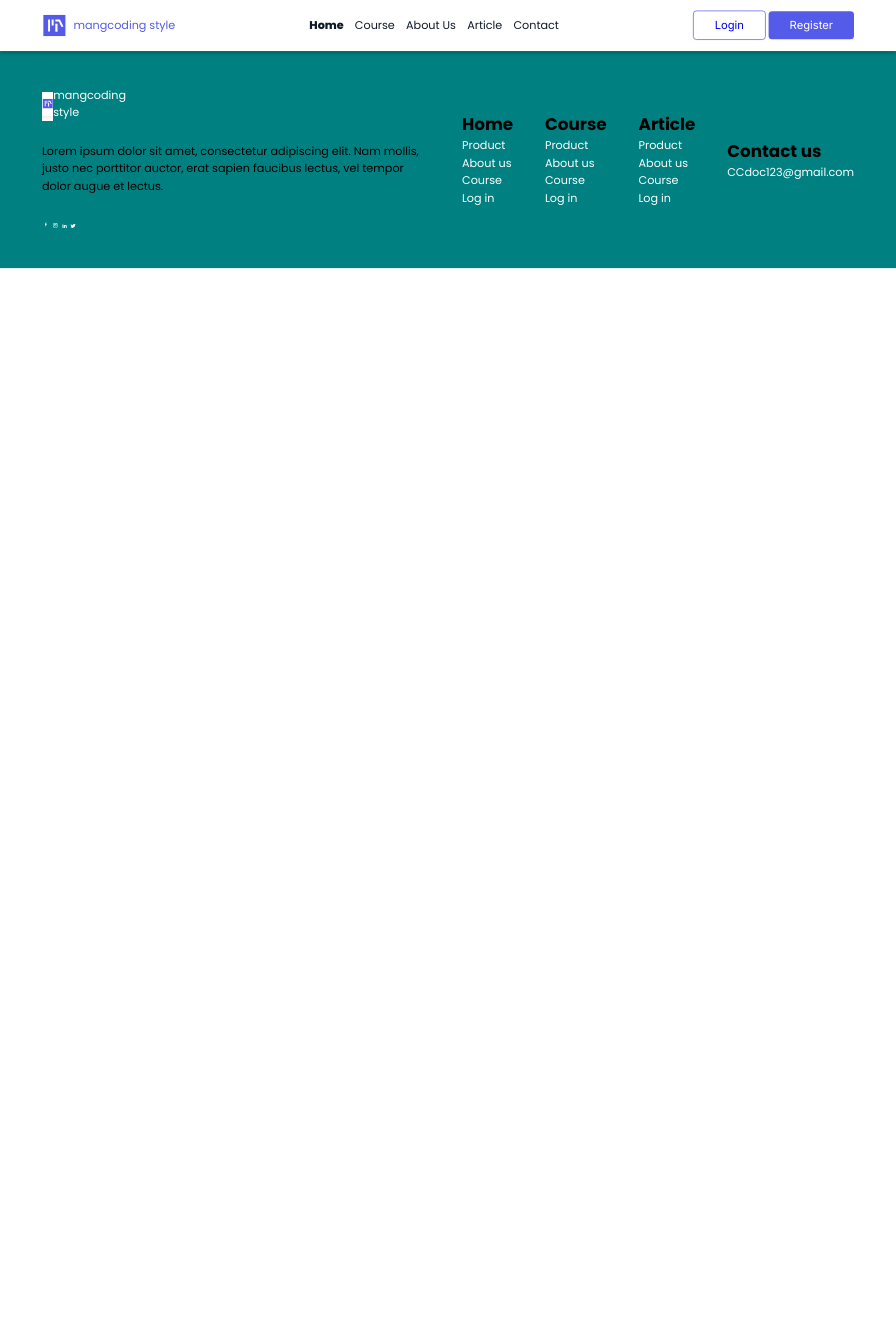
Repository: Dania-Alqam/landing-page
Page: index.html
The author's editor kept a copy of each file at every save. The page is drawn from the files as they stood at one save, then again after the next save.
The browser window is 1280 px wide. The pictures show the part of the page from y = 0 to 1920 px (the page is 5000 px tall), at 70% of full size.

Above is the page before, as saved 2024-06-21 23:52:51.

### index.html
<!DOCTYPE html>
<html lang="en">
  <head>
    <meta charset="UTF-8" />
    <meta name="viewport" content="width=device-width, initial-scale=1.0" />
    <title>Document</title>
    <link rel="stylesheet" href="./assests/css/main.css" />
  </head>
  <body>
    <header class="header">
      <div class="container">
        <div class="row">
          <div class="logo">
            <img src="./assests/images/public/Logo.svg" alt="logo" />
            <a href="#">mangcoding style</a>
          </div>
          <nav class="nav">
            <ul>
              <li>
                <a href="#" class="active">Home</a>
              </li>
              <li>
                <a href="#">Course</a>
              </li>
              <li>
                <a href="#">About Us</a>
              </li>
              <li>
                <a href="#">Article</a>
              </li>
              <li>
                <a href="#">Contact</a>
              </li>
            </ul>
          </nav>
          <div class="auth">
            <a href="#">Login</a>
            <a href="#">Register</a>
          </div>
        </div>
      </div>
    </header>

    <footer class="footer">
      <div class="container">
        <div class="row">
          <div class="footer-start">
            <div class="logo">
              <img src="./assests/images/public/Logo.svg" alt="logo" />
              <a href="#">mangcoding style</a>
            </div>
            <p>
              Lorem ipsum dolor sit amet, consectetur adipiscing elit. Nam
              mollis, justo nec porttitor auctor, erat sapien faucibus lectus,
              vel tempor dolor augue et lectus.
            </p>
            <div class="icons">
              <a href="#"><img src="./assests/images/public/facebok.svg" /></a>
              <a href="#"
                ><img src="./assests/images/public/instagram.svg"
              /></a>
              <a href="#"><img src="./assests/images/public/linkedin.svg" /></a>
              <a href="#"><img src="./assests/images/public/twitter.svg" /></a>
            </div>
          </div>
          <div class="footer-end">
            <div class="row">
              <div class="footer-item">
                <h2>
                    Home
                </h2>
                <ul>
                    <li>
                        <a href="#">Product</a>
                    </li>
                    <li>
                        <a href="#">About us</a>
                    </li>
                    <li>
                        <a href="#">Course</a>
                    </li>
                    <li>
                        <a href="#">Log in</a>
                    </li>
                </ul>
              </div>
              <div class="footer-item">
                <h2>
                    Course
                </h2>
                <ul>
                    <li>
                        <a href="#">Product</a>
                    </li>
                    <li>
                        <a href="#">About us</a>
                    </li>
                    <li>
                        <a href="#">Course</a>
                    </li>
                    <li>
                        <a href="#">Log in</a>
                    </li>
                </ul>
              </div>
              <div class="footer-item">
                <h2>
                    Article
                </h2>
                <ul>
                    <li>
                        <a href="#">Product</a>
                    </li>
                    <li>
                        <a href="#">About us</a>
                    </li>
                    <li>
                        <a href="#">Course</a>
                    </li>
                    <li>
                        <a href="#">Log in</a>
                    </li>
                </ul>
              </div>
              <div class="footer-item">
                <h2>
                    Contact us
                </h2>
                <ul>
                    <li>
                        <a href="#">CCdoc123@gmail.com</a>
                    </li>

              </div>
            </div>
          </div>
        </div>
      </div>
    </footer>
  </body>
</html>

### assests/css/main.css
@import url(./public.css);

/* start header */
.header{
    /* it will not work becuase we added contianer so we add row*/
    /* display: flex; */
    position: sticky;
    top: 0;
    box-shadow: 0px 4px 4px rgba(0, 0, 0, 0.25);
    padding: 20px 0 ;
}

.nav ul{
    display: flex;
    flex-wrap: wrap;
    gap: 16px;
}
.header .logo{
    display: flex;
    flex-wrap: wrap;
    align-items: center;
    gap: 10px;
}
.header .logo img{
    width: 35px;
}

.header .logo a{
color: var(--mainColor);
}

.header .nav a{
    color: #101928;
}

.header .nav a:hover{
    color: var(--mainColor);
}
/* For the home bold*/
.active{
font-weight: 800;
}
/* common properities*/
.header .auth a{
    font-family: var(--subFont);
    padding: 10px 30px;
    border-radius: 5px;

}
.header .auth a:first-of-type{
    border: 1px solid var(--mainColor);
}
.header .auth a:last-of-type{
    background-color: var(--mainColor);
    color: white;
}
@media (max-width:900px) {
    .header .nav{
        display: none;
    }
}
/* end header */

/* start footer */
.footer{
    background-color: teal;
    padding: 50px 0;
}

.footer a{
    color: #fff;
}

.footer .footer-start,.footer .footer-end{
    width: calc((100% - 40px) / 2);
}

.footer .row{
    gap: 40px;
}

.footer .footer-start{
    display: flex;
    flex-direction: column;
    gap: 30px;
}
.footer .footer-start .logo{
    display: flex;
    width: 35px;
}
/* end footer */

### assests/css/public.css
@import url('https://fonts.googleapis.com/css2?family=Poppins:ital,wght@0,100;0,200;0,300;0,400;0,500;0,600;0,700;0,800;0,900;1,100;1,200;1,300;1,400;1,500;1,600;1,700;1,800;1,900&display=swap');
@import url('https://fonts.googleapis.com/css2?family=Inter:wght@100..900&display=swap');

*{
    margin: 0;
    padding: 0;
    box-sizing: border-box;
}
:root{
    --mainFont: "Poppins", sans-serif;
    --subFont:  "Inter", sans-serif;
    --mainColor: #545BE8;

}
body{
    font-family: var(--mainFont);
    height: 5000px;
}
a{
    text-decoration: none;
}
ul{
    list-style: none;
}
.row{
    display: flex;
    justify-content: space-between;
    align-items: center;
    flex-wrap: wrap;

}

.container{
    /* width from fugma is 60px from each side*/
    width: calc(100% - 120px);
    margin: auto;
}

After the next save:
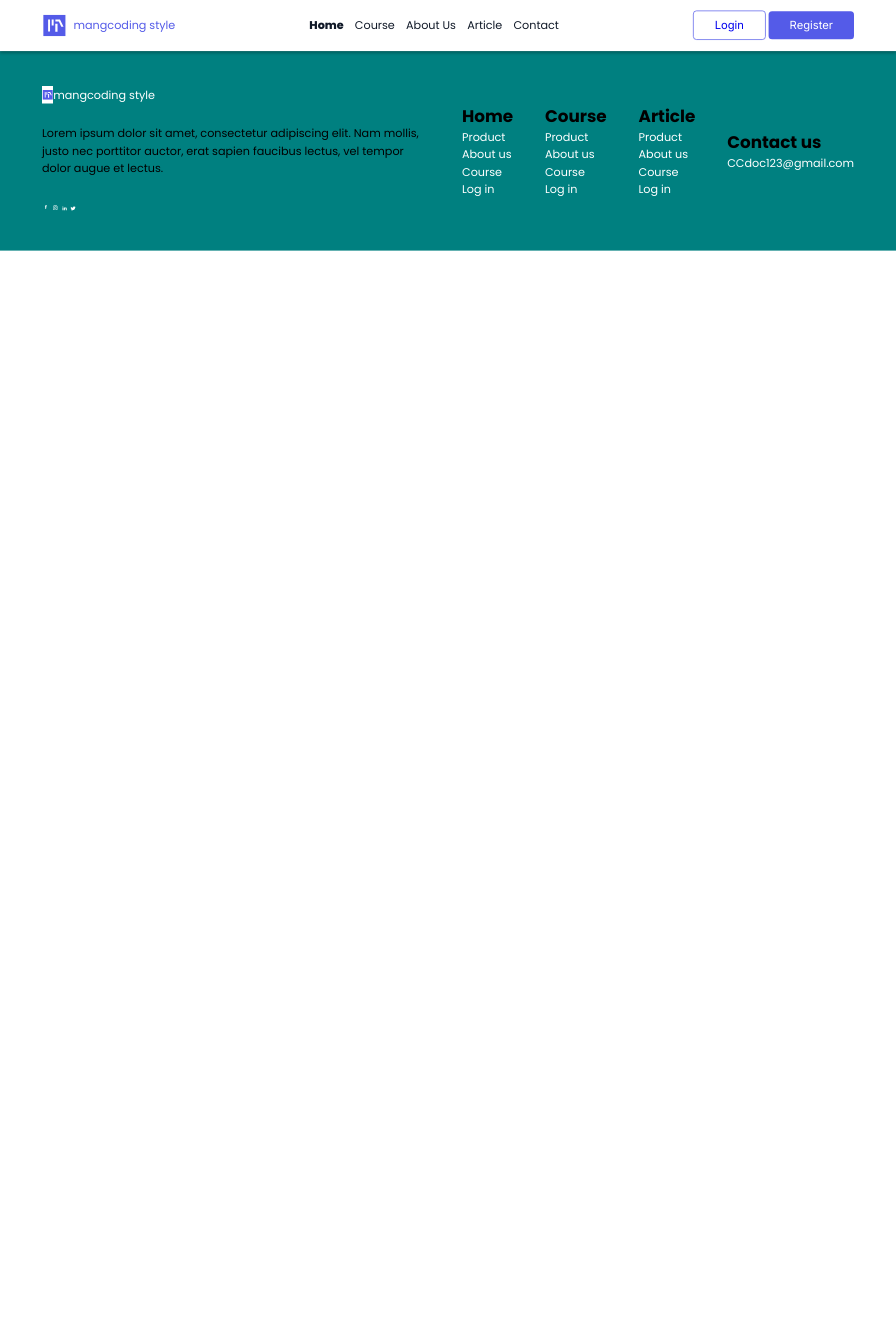
Saved 4 s later.
--- a/assests/css/main.css
+++ b/assests/css/main.css
@@ -86,6 +86,5 @@ font-weight: 800;
 }
 .footer .footer-start .logo{
     display: flex;
-    width: 35px;
 }
 /* end footer */
